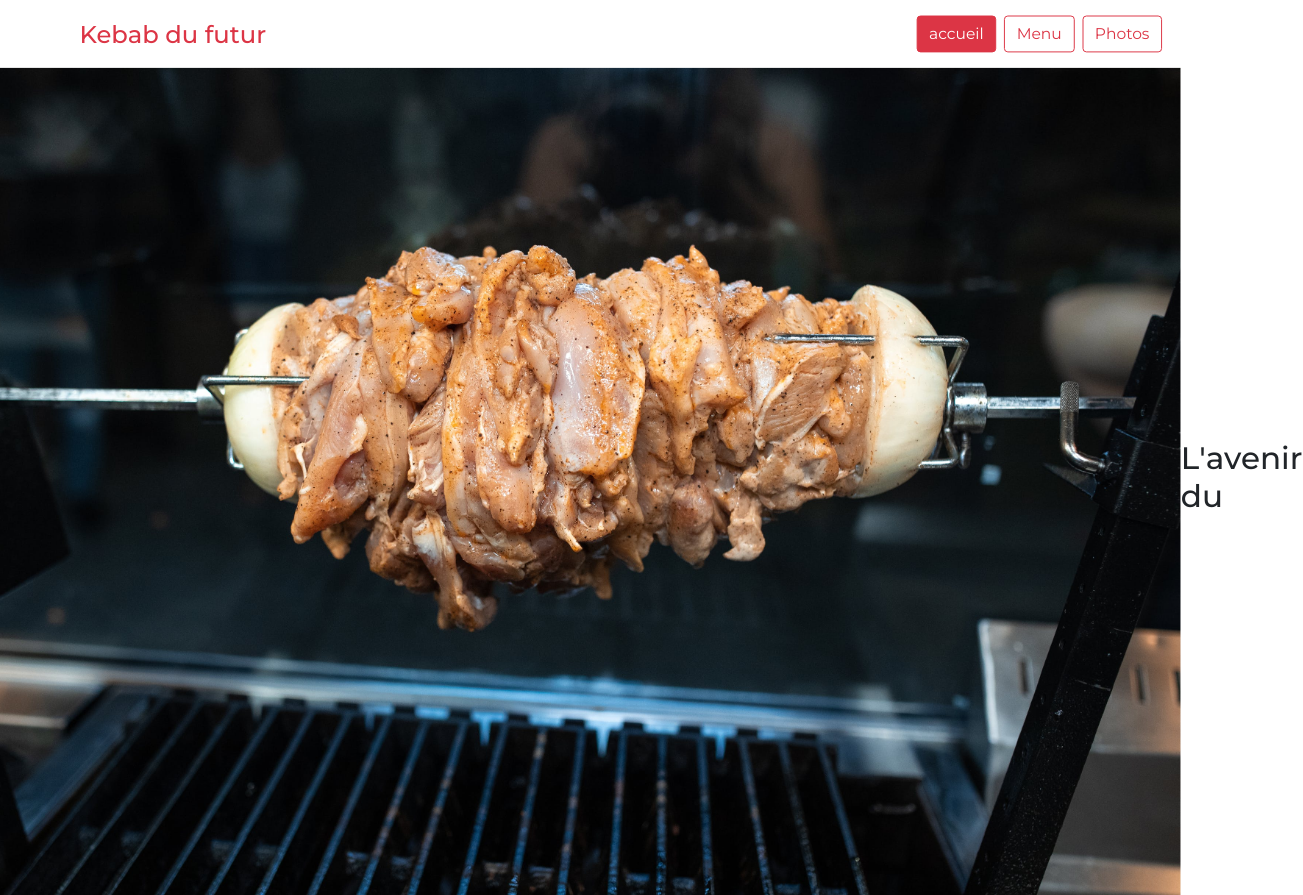
Repository: phbord/THP-js-exercices-manipulation-DOM
Page: index.html
These files come from the project's save history. The page is drawn as it stood at one moment and after the next save; the edit follows.
The browser window is 1280 px wide. The page is 1343 px wide, so the pictures cover 1343 px, including what lies to the right of the window. The pictures show the whole page, at 97% of full size.

Above is the page before, as saved 2021-07-19 11:11:23.

### index.html
<!DOCTYPE HTML>
<html lang="fr">
    <head>
        <title></title>
        <meta charset="utf-8">
        <link href="https://cdn.jsdelivr.net/npm/bootstrap@5.0.2/dist/css/bootstrap.min.css"
                rel="stylesheet"
                integrity="sha384-EVSTQN3/azprG1Anm3QDgpJLIm9Nao0Yz1ztcQTwFspd3yD65VohhpuuCOmLASjC"
                crossorigin="anonymous">
        <link rel="stylesheet" href="./styles/main.css">
    </head>
    <body>
        <!-- HEADER -->
        <header class="py-3">
            <nav class="container d-flex align-items-center justify-content-between">
                <div class="me-5" href="#">
                    <h1 class="text-danger">Kebab du futur</h1>
                </div>
                <ul class="d-flex">
                    <li class="me-2">
                        <a class="btn btn-danger" href="#">accueil</a>
                    </li>
                    <li class="me-2">
                        <a class="btn btn-outline-danger" href="#">Menu</a>
                    </li>
                    <li>
                        <a class="btn btn-outline-danger" href="#">Photos</a>
                    </li>
                </ul>
            </nav>
        </header>

        <!-- ACCUEIL -->
        <section class="d-flex justify-content-center align-items-center">
            <img src="./img/i_home.jpeg" alt="" class="img-fluid">
            <h2>L'avenir du </h2>
        </section>

        <!-- MENU -->

        <!-- PHOTOS -->


        <!-- SCRIPTS -->
        <script src="./scripts/main.js"></script>
    </body>
</html>

### styles/main.css
@import url('https://fonts.googleapis.com/css2?family=Montserrat:wght@100;200;300;400;500;600;700;800;900&display=swap');

body {
    font-family: Montserrat;
}

ul,li {
    margin: 0;
    padding: 0;
    list-style: none;
}

header h1 {
    margin: 0;
    font-size: 25px;
}

a,button {
    -webkit-transition: all 300ms ease;
    -moz-transition: all 300ms ease;
    -ms-transition: all 300ms ease;
    -o-transition: all 300ms ease;
    transition: all 300ms ease;
}

Loaded but not shown: scripts/main.js (no copy from this time; the picture is the same without it)

After the next save:
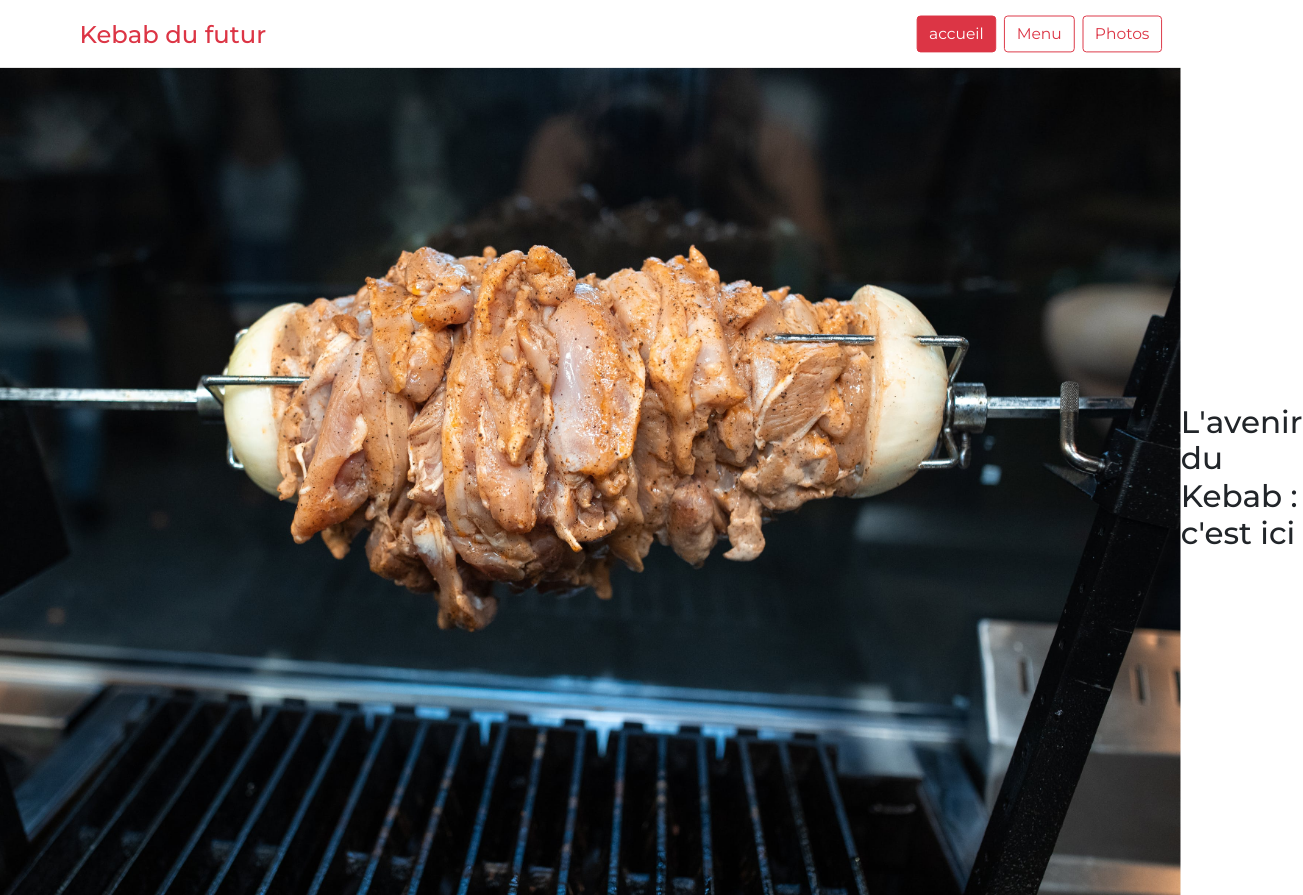
Saved 9 s later.
--- a/index.html
+++ b/index.html
@@ -33,7 +33,7 @@
         <!-- ACCUEIL -->
         <section class="d-flex justify-content-center align-items-center">
             <img src="./img/i_home.jpeg" alt="" class="img-fluid">
-            <h2>L'avenir du </h2>
+            <h2>L'avenir du Kebab : c'est ici</h2>
         </section>
 
         <!-- MENU -->
